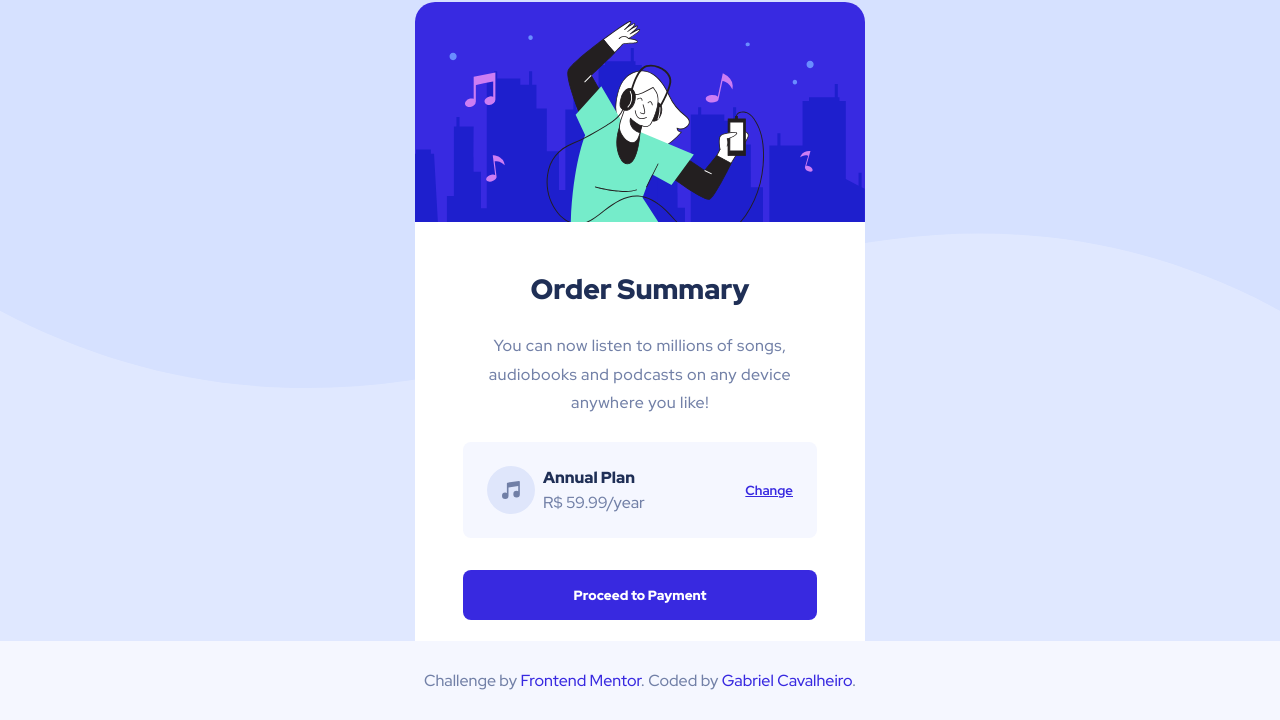
Repository: gccavalheiro/order-summary-card
Page: index.html
These files come from the project's save history. The page is drawn as it stood at one moment and after the next save; the edit follows.
The browser window is 1280 px wide. The pictures show the whole page.

Above is the page before, as saved 2021-12-17 02:52:38.

After the next save:
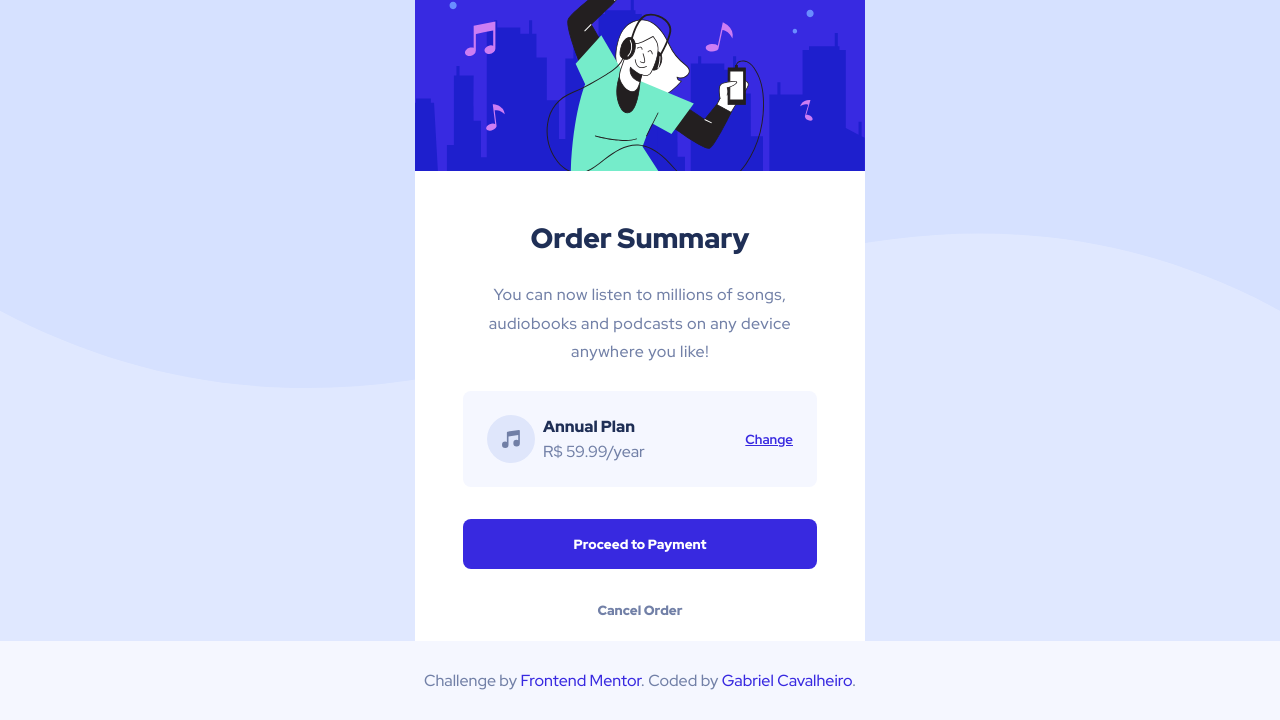
Saved 91 s later.
--- a/assets/css/main.css
+++ b/assets/css/main.css
@@ -53,7 +53,7 @@ main {
   align-items: center;
   justify-content: center;
   width: 100%;
-  height: 100vh;
+  height: calc(100vh - 102px);
   padding: 0 20px;
 }
 
